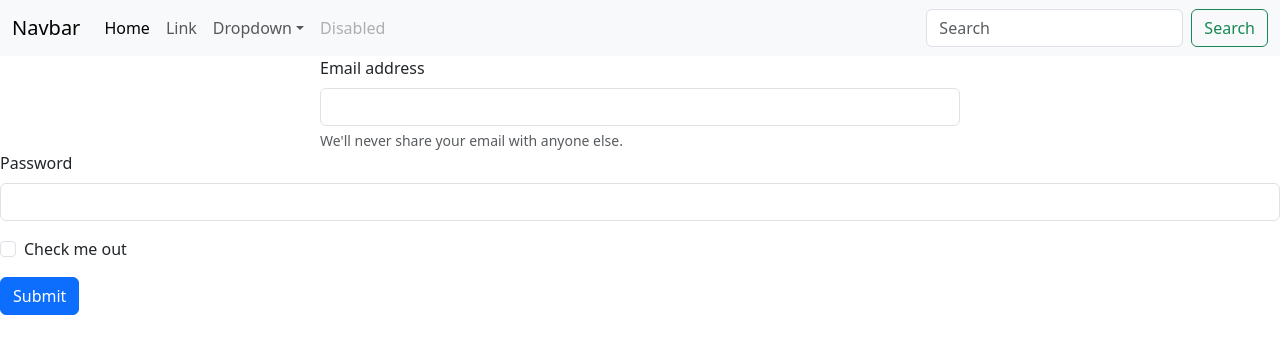
Repository: suraj-yadav7/createpost-redux
Page: /read
An editor plug-in stored every save of this project. The page is shown before and after the next save, followed by the edit.
The browser window is 1280 px wide. The pictures show the whole page.
The project was rebuilt for these pictures with package versions that can differ from the ones it lists, and the page was loaded fresh each time. Also part of the build but not shown: vite.config.js, src/App.css, src/index.css.

Above is the page before, as saved 2023-05-15 23:44:22.

### index.html
<!DOCTYPE html>
<html lang="en">
  <head>
    <meta charset="UTF-8" />
    <link rel="icon" type="image/svg+xml" href="/vite.svg" />
    <meta name="viewport" content="width=device-width, initial-scale=1.0" />
    <link href="https://cdn.jsdelivr.net/npm/bootstrap@5.3.0-alpha3/dist/css/bootstrap.min.css" rel="stylesheet" integrity="sha384-KK94CHFLLe+nY2dmCWGMq91rCGa5gtU4mk92HdvYe+M/SXH301p5ILy+dN9+nJOZ" crossorigin="anonymous">
    <title>CRUD WebApp</title>
  </head>
  <body>
    <div id="root"></div>
    <script type="module" src="/src/main.jsx"></script>
    <script src="https://cdn.jsdelivr.net/npm/bootstrap@5.3.0-alpha3/dist/js/bootstrap.bundle.min.js" integrity="sha384-ENjdO4Dr2bkBIFxQpeoTz1HIcje39Wm4jDKdf19U8gI4ddQ3GYNS7NTKfAdVQSZe" crossorigin="anonymous"></script>
  </body>
</html>
  </body>
</html>

### src/main.jsx
import React from 'react'
import ReactDOM from 'react-dom/client'
import App from './App.jsx'
import './index.css'
import { Provider } from 'react-redux'
import store from "./store/store.jsx"

ReactDOM.createRoot(document.getElementById('root')).render(
  <Provider store={store}>
    <App />
  </Provider>
)

### src/App.jsx
import React, { useState } from 'react'
import './App.css'
import Navbar from './components/Navbar'
import Create from './components/create'

function App() {

  return (
    <>
    <Navbar />
    <Create />
    </>
  )
}

export default App

### src/store/store.jsx
import { configureStore } from "@reduxjs/toolkit";
import userDetail from "./slice/userDetail"

const store = configureStore({
    reducer:{
        users:userDetail
    }
})

export default store;

### src/components/Navbar.jsx
import React from 'react'

const Navbar = () => {
  return (
    <>
      <nav class="navbar navbar-expand-lg bg-body-tertiary">
  <div class="container-fluid">
    <a class="navbar-brand" href="#">Navbar</a>
    <button class="navbar-toggler" type="button" data-bs-toggle="collapse" data-bs-target="#navbarSupportedContent" aria-controls="navbarSupportedContent" aria-expanded="false" aria-label="Toggle navigation">
      <span class="navbar-toggler-icon"></span>
    </button>
    <div class="collapse navbar-collapse" id="navbarSupportedContent">
      <ul class="navbar-nav me-auto mb-2 mb-lg-0">
        <li class="nav-item">
          <a class="nav-link active" aria-current="page" href="#">Home</a>
        </li>
        <li class="nav-item">
          <a class="nav-link" href="#">Link</a>
        </li>
        <li class="nav-item dropdown">
          <a class="nav-link dropdown-toggle" href="#" role="button" data-bs-toggle="dropdown" aria-expanded="false">
            Dropdown
          </a>
          <ul class="dropdown-menu">
            <li><a class="dropdown-item" href="#">Action</a></li>
            <li><a class="dropdown-item" href="#">Another action</a></li>
            <li><hr class="dropdown-divider"/></li>
            <li><a class="dropdown-item" href="#">Something else here</a></li>
          </ul>
        </li>
        <li class="nav-item">
          <a class="nav-link disabled">Disabled</a>
        </li>
      </ul>
      <form class="d-flex" role="search">
        <input class="form-control me-2" type="search" placeholder="Search" aria-label="Search"/>
        <button class="btn btn-outline-success" type="submit">Search</button>
      </form>
    </div>
  </div>
</nav>
    </>
  )
}

export default Navbar

### src/components/create.jsx
import React from 'react'

const Create = () => {
  return (
    <>
      <form>
  <div class=" mx-auto w-50">
    <label for="exampleInputEmail1" class="form-label">Email address</label>
    <input type="email" class="form-control" id="exampleInputEmail1" aria-describedby="emailHelp"/>
    <div id="emailHelp" class="form-text">We'll never share your email with anyone else.</div>
  </div>
  <div class="mb-3">
    <label for="exampleInputPassword1" class="form-label">Password</label>
    <input type="password" class="form-control" id="exampleInputPassword1"/>
  </div>
  <div class="mb-3 form-check">
    <input type="checkbox" class="form-check-input" id="exampleCheck1"/>
    <label class="form-check-label" for="exampleCheck1">Check me out</label>
  </div>
  <button type="submit" class="btn btn-primary">Submit</button>
</form>
    </>
  )
}

export default Create

### src/store/slice/userDetail.jsx
import { createSlice } from "@reduxjs/toolkit";

const userDetail= createSlice({
    name:"userDetail",
    initialState:{
        user:[],
        loading:false,
        error:null,
    },
    reducers:{
        addPost(state,action){

        }
    }


})

export default userDetail.reducer
export const {addPost} = userDetail.actions

After the next save:
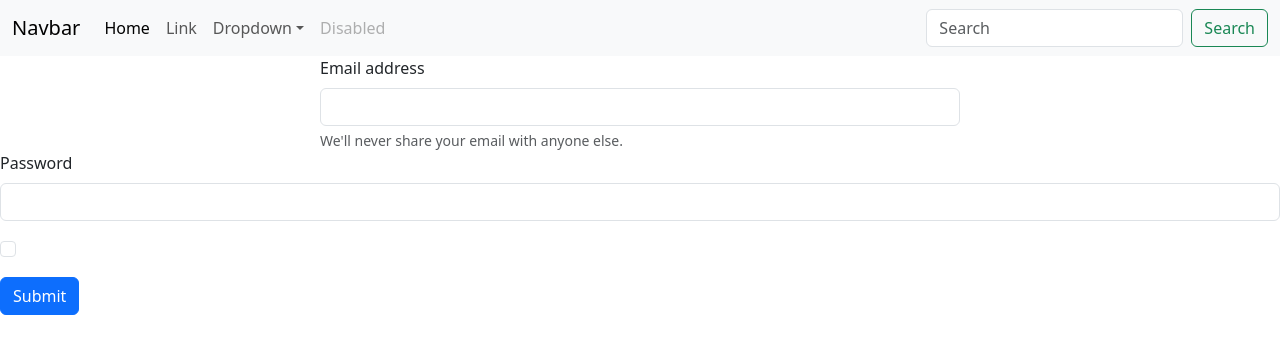
Saved 19 s later.
--- a/src/components/create.jsx
+++ b/src/components/create.jsx
@@ -4,7 +4,7 @@ const Create = () => {
   return (
     <>
       <form>
-  <div class=" mx-auto w-50">
+    <div class=" mx-auto w-50">
     <label for="exampleInputEmail1" class="form-label">Email address</label>
     <input type="email" class="form-control" id="exampleInputEmail1" aria-describedby="emailHelp"/>
     <div id="emailHelp" class="form-text">We'll never share your email with anyone else.</div>
@@ -15,7 +15,7 @@ const Create = () => {
   </div>
   <div class="mb-3 form-check">
     <input type="checkbox" class="form-check-input" id="exampleCheck1"/>
-    <label class="form-check-label" for="exampleCheck1">Check me out</label>
+
   </div>
   <button type="submit" class="btn btn-primary">Submit</button>
 </form>
